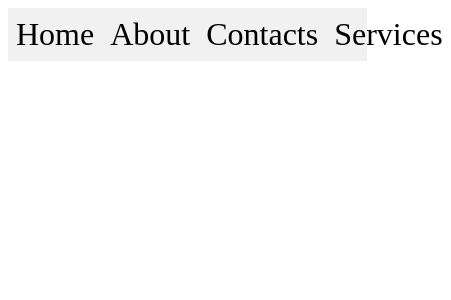
Repository: ramtoppo12/NavBar-Using-FlexBox
Page: index.html
An editor plug-in stored every save of this project. The page is shown before and after the next save, followed by the edit.
The browser window is 375 px wide. The page is 451 px wide, then 375 px, so the pictures cover 451 px, including what lies to the right of the window. The pictures show the whole page.

Above is the page before, as saved 2020-12-12 23:19:26.

After the next save:
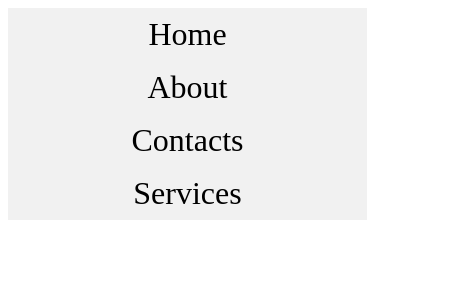
Saved 41 s later.
--- a/style.css
+++ b/style.css
@@ -19,3 +19,8 @@
   background-color: #555;
   color: #fff;
 }
+@media all and (max-width: 400px) {
+  nav ul {
+    flex-direction: column;
+  }
+}
